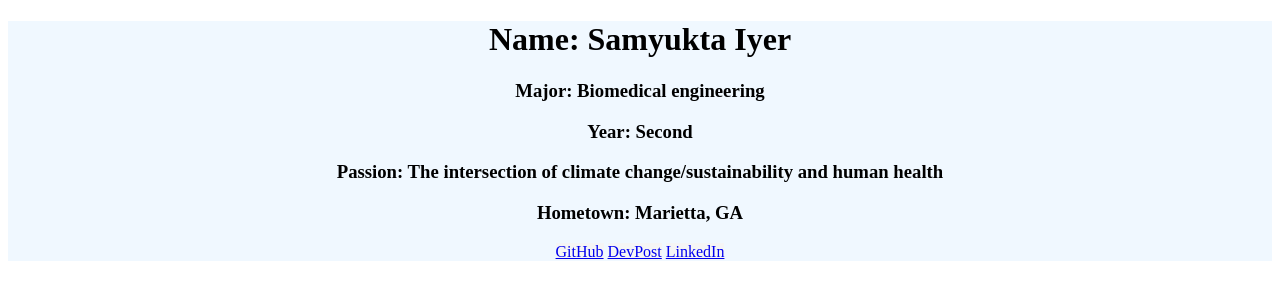
Repository: samyukta-iyer/fall23-dev-bootcamp-assessment
Page: index.html
These files come from the project's save history. The page is drawn as it stood at one moment and after the next save; the edit follows.
The browser window is 1280 px wide. The pictures show the whole page.

Above is the page before, as saved 2023-08-29 21:02:06.

After the next save:
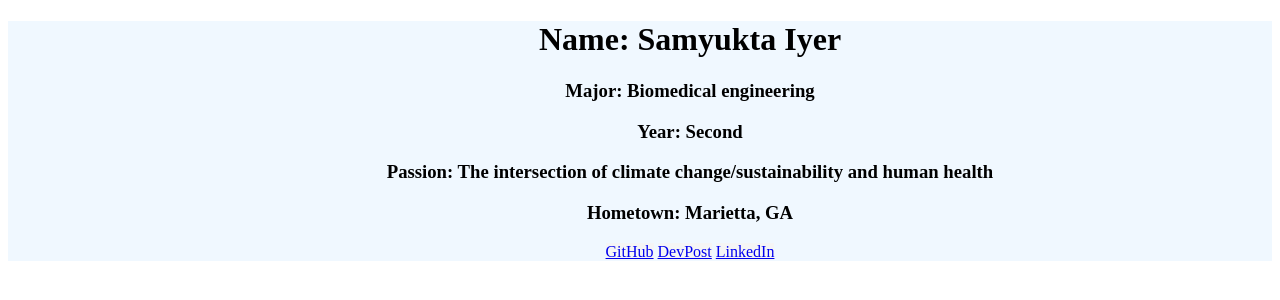
Saved 65 s later.
--- a/styles.css
+++ b/styles.css
@@ -2,6 +2,8 @@
 .card{
     background-color: aliceblue;
     text-align: center;
+    padding-left: 100px;
+    font: serif;
 
 }
 
